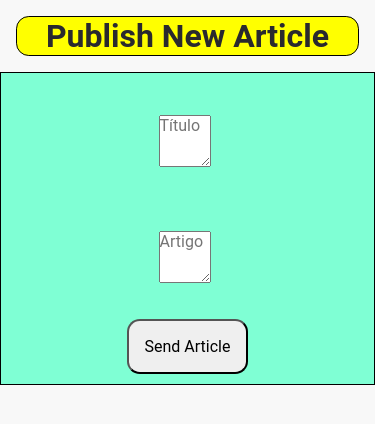
Repository: batmit/publish_articles
Page: /publish
These files come from the project's save history. The page is drawn as it stood at one moment and after the next save; the edit follows.
The browser window is 375 px wide. The pictures show the whole page.
The project was rebuilt for these pictures with package versions that can differ from the ones it lists, and the page was loaded fresh each time. Also part of the build but not shown: src/pages/articles.tsx, src/pages/article.tsx, src/pages/Home.tsx.

Above is the page before, as saved 2021-06-29 18:44:50.

After the next save:
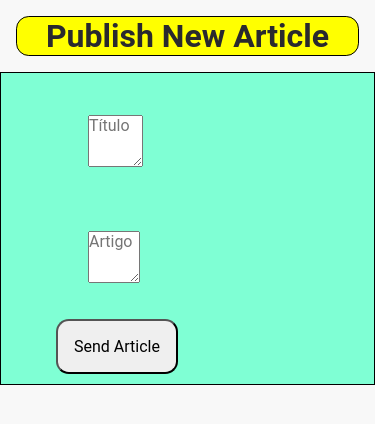
Saved 32 s later.
--- a/src/styles/global.scss
+++ b/src/styles/global.scss
@@ -72,7 +72,7 @@ form {
         }
 
         .title {
-            width: 50px;
+            width: 20%;
             height: 50px;
         }
     }
